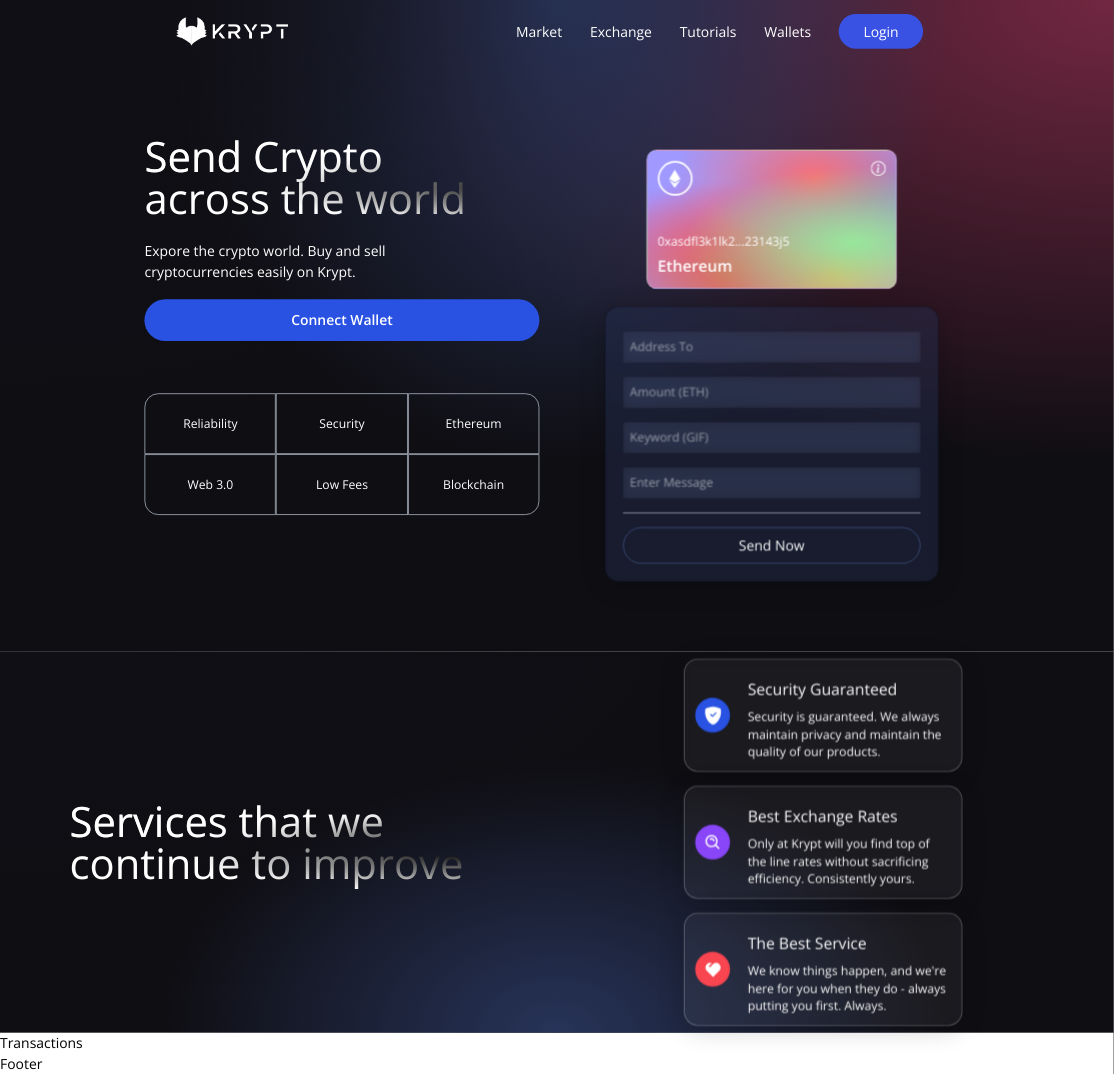
Repository: stephan-chiorean/krypt
Page: / (app in client/)
An editor plug-in stored every save of this project. The page is shown before and after the next save, followed by the edit.
The browser window is 1280 px wide. The pictures show the whole page, at 87% of full size.
The project was rebuilt for these pictures with package versions that can differ from the ones it lists, and the page was loaded fresh each time. Also part of the build but not shown: client/vite.config.js, client/src/components/Loader.jsx.

Above is the page before, as saved 2023-03-29 19:34:56.

### client/src/main.jsx
import React from 'react'
import ReactDOM from 'react-dom/client'
import App from './App'
import {TransactionProvider} from './context/TransactionContext';
import './index.css'

ReactDOM.createRoot(document.getElementById('root')).render(
  <TransactionProvider>
  <React.StrictMode>
    <App />
  </React.StrictMode>
  </TransactionProvider>,
)

### client/src/App.jsx
import {Navbar, Welcome, Footer, Services, Transactions} from './components';

const App = () => {

  return (
    <div className="min-h-screen">
      <div className="gradient-bg-welcome">
        <Navbar/>
        <Welcome/>
      </div>
      <Services/>
      <Transactions/>
      <Footer/>
    </div>
  )
}

export default App

### client/src/context/TransactionContext.jsx
import React, { useState, useEffect } from 'react';
import * as ethers from 'ethers';
import { contractABI, contractAddress } from '../utils/constants';

export const TransactionContext = React.createContext();

const { ethereum } = window;

const getEthereumContract = () => {
    console.log(ethers)
  const provider = new ethers.providers.Web3Provider(ethereum);
  const signer = provider.getSigner();
  const transactionContract = new ethers.Contract(
    contractAddress,
    contractABI,
    signer
  );

  return transactionContract;

//   console.log({
//     provider,
//     signer,
//     transactionContract,
//   });
};

export const TransactionProvider = ({ children }) => {
  const [connectedAccount, setConnectedAccount] = useState('');
  const [formData, setFormData] = useState({ addressTo: '', amount: 0, keyword: '', message: ''});
  const [isLoading, setIsLoading] = useState(false);
  const [transactionCount, setTransactionCount] = useState(localStorage.getItem('transactionCount'));

  const handleChange = (e, name) => {
    setFormData((prevState) => ({...prevState, [name]: e.target.value}));
  }

  const checkIfWalletIsConnected = async () => {
    try {
      if (!ethereum) return alert('Please install metamask');

      const accounts = await ethereum.request({ method: 'eth_accounts' });
      if (accounts.length) {
        setConnectedAccount(accounts[0]);
      } else {
        console.log('No accounts found');
      }
      console.log(accounts);
    } catch (err) {
      console.error(err);
      throw new Error('No ethereum object');
    }
  };

  const connectWallet = async () => {
    try {
      if (!ethereum) return alert('Please install metamask');

      const accounts = await ethereum.request({
        method: 'eth_requestAccounts',
      });

      setConnectedAccount(accounts[0]);
      console.log('CONNECTED', connectedAccount);
    } catch (err) {
      console.error(err);
      throw new Error('No ethereum object.');
    }
  };

  const sendTransaction = async() => {
    try {
        if(!ethereum) return alert("Please install metamask");
        const {addressTo, amount, keyword, message} = formData;
        const transactionContract = getEthereumContract();
        const parsedAmount = ethers.utils.parseEther(amount);

        await ethereum.request({
            method: 'eth_sendTransaction',
            params: [{
                from: connectedAccount,
                to: addressTo,
                gas: '0x5208', //21000 gwei
                value: parsedAmount._hex,
            }]
        })

        const transactionHash = await transactionContract.addToBlockchain(addressTo, parsedAmount, message, keyword);
        setIsLoading(true);
        console.log(`Loading - ${transactionHash.hash}`);
        await transactionHash.wait();
        setIsLoading(false);
        console.log(`Success - ${transactionHash.hash}`)

        const transactionCount = await transactionContract.getTransactionCount();
        setTransactionCount(transactionCount.toNumber())


    } catch(err) {
        console.error(err);
    }
  }

  useEffect(() => {
    checkIfWalletIsConnected();
  }, []);
  return (
    <TransactionContext.Provider value={{ connectWallet, connectedAccount, formData, setFormData, handleChange, sendTransaction }}>
      {children}
    </TransactionContext.Provider>
  );
};

### client/src/components/index.js
export {default as Loader} from './Loader';
export {default as Navbar} from './Navbar';
export {default as Footer} from './Footer';
export {default as Welcome} from './Welcome';
export {default as Transactions} from './Transactions';
export {default as Services} from './Services';

### client/src/utils/constants.js
import abi from './Transactions.json';

export const contractABI = abi.abi;
export const contractAddress = '0x48d319b761e733246BF575C86d399bB8EDdA6dEf';

### client/src/components/Navbar.jsx
import { HiMenuAlt4 } from 'react-icons/hi';
import { AiOutlineClose } from 'react-icons/ai';
import { useState } from 'react';

import logo from '../../images/logo.png';

const NavbarItem = ({ title, classProps }) => {
  return <li className={`mx-4 cursor-pointer ${classProps}`}>{title}</li>;
};
export default () => {
  const [toggleMenu, setToggleMenu] = useState(false);
  return (
    <nav className='w-full flex md:justify-center justify-between items-center p-4'>
      <div className='md:flex-[0.5] flex-initial justify-center items-center'>
        <img src={logo} alt='logo' className='w-32 cursor-pointer' />
      </div>
      <ul className='text-white md:flex hidden list-none flex-row justify-between items-center flex-initial'>
        {['Market', 'Exchange', 'Tutorials', 'Wallets'].map((item, index) => (
          <NavbarItem key={item + index} title={item} />
        ))}
        <li className='bg-[#3952e3] py-2 px-7 mx-4 rounded-full cursor-pointer hover:bg-[#2546bd]'>
          Login
        </li>
      </ul>
      <div className='flex relative'>
        {toggleMenu ? (
          <AiOutlineClose
            fontSize={28}
            className='text-white md:hidden cursor-pointer'
            onClick={() => setToggleMenu(false)}
          />
        ) : (
          <HiMenuAlt4
            fontSize={28}
            className='text-white md:hidden cursor-pointer'
            onClick={() => setToggleMenu(true)}
          />
        )}
        {toggleMenu && (
          <ul className="z-10 fixed top-0 -right-2 p-3 w-[70vw] h-screen shadow-2xl md:hidden list-none flex flex-col justify-start items-end rounded-md blue-glassmorphism text-white animate-slide-in">
            <li className='text-xl w-full my-2'>
              <AiOutlineClose onClick={() => setToggleMenu(false)} className="cursor-pointer"/>
            </li>
            {['Market', 'Exchange', 'Tutorials', 'Wallets'].map(
              (item, index) => (
                <NavbarItem key={item + index} title={item} classProps="my-2 text-lg"/>
              )
            )}
          </ul>
        )}
      </div>
    </nav>
  );
};

### client/src/components/Footer.jsx
import React from 'react'

export default() => {
  return (
    <div>Footer</div>
  )
}

### client/src/components/Welcome.jsx
import { AiFillPlayCircle } from 'react-icons/ai';
import { SiEthereum } from 'react-icons/si';
import { BsInfoCircle } from 'react-icons/bs';
import { TransactionContext } from '../context/TransactionContext';
import React, { useContext } from 'react';
import { Loader } from './';
const commonStyles =
  'min-h-[70px] sm:px-0 px-2 sm:min-w-[120px] flex justify-center items-center border-[0.5px] border-gray-400 text-sm font-light text-white';

const Input = ({ placeholder, name, type, value, handleChange }) => (
  <input
    placeholder={placeholder}
    type={type}
    step='0.0001'
    value={value}
    onChange={(e) => handleChange(e, name)}
    className='my-2 w-full rounded-sm p-2 outline-none text-white border-none text-sm white-glassmorphism'
  />
);
export default () => {
  const {
    connectWallet,
    connectedAccount,
    formData,
    sendTransaction,
    handleChange,
  } = useContext(TransactionContext);
  const handleSubmit = (e) => {
    const { addressTo, amount, keyword, message } = formData;
    e.preventDefault();

    if (!addressTo || !amount || !keyword || !message) return;
    sendTransaction();
  };
  return (
    <div className='flex w-full justify-center items-center'>
      <div className='flex md:flex-row flex-col itesm-start justify-between md:p-20 py-12 px-4'>
        <div className='flex flex-1 justify-start flex-col md:mr-10'>
          <h1 className='text-3xl sm:text-5xl text-white text-gradient py-1'>
            Send Crypto <br /> across the world
          </h1>
          <p className='text-left mt-5 text-white font-light md:w-9/12 w-11/12 text-base'>
            Expore the crypto world. Buy and sell cryptocurrencies easily on
            Krypt.
          </p>
          {!connectedAccount && (
            <button
              type='button'
              onClick={connectWallet}
              className='flex flex-row justify-center items-center my-5 bg-[#2952e3] p-3 rounded-full cursor-pointer hover:bg-[#2546bd]'
            >
              <p className='text-white text-base font-semibold'>
                Connect Wallet
              </p>
            </button>
          )}

          <div className='grid sm:grid-cols-3 grid-cols-2 w-full mt-10'>
            <div className={`rounded-tl-2xl ${commonStyles}`}>Reliability</div>
            <div className={commonStyles}>Security</div>
            <div className={`sm:rounded-tr-2xl ${commonStyles}`}>Ethereum</div>
            <div className={`sm:rounded-bl-2xl ${commonStyles}`}>Web 3.0</div>
            <div className={commonStyles}>Low Fees</div>
            <div className={`rounded-br-2xl ${commonStyles}`}>Blockchain</div>
          </div>
        </div>

        <div className='flex flex-col flex-1 items-center justify-start w-full md:mt-0 mt-10'>
          <div className='p-3 justify-end items-start flex-col rounded-xl h-40 sm:w-72 w-full my-5 eth-card white-glassmorphism'>
            <div className='flex justify-between flex-col w-full h-full'>
              <div className='flex justify-between items-start'>
                <div className='w-10 h-10 rounded-full border-2 border-white flex justify-center items-center'>
                  <SiEthereum fontSize={21} color='#fff' />
                </div>
                <BsInfoCircle fontSize={17} color='#fff' />
              </div>
              <div>
                <p className='text-white font-light text-sm'>
                  0xasdfl3k1lk2...23143j5
                </p>
                <p className='text-white font-semibold text-lg mt-1'>
                  Ethereum
                </p>
              </div>
            </div>
          </div>

          <div className='p-5 sm:w-96 w-full flex flex-col justify-start items-center blue-glassmorphism'>
            <Input
              placeholder='Address To'
              name='addressTo'
              type='text'
              handleChange={handleChange}
            />
            <Input
              placeholder='Amount (ETH)'
              name='amount'
              type='number'
              handleChange={handleChange}
            />
            <Input
              placeholder='Keyword (GIF)'
              name='keyword'
              type='text'
              handleChange={handleChange}
            />
            <Input
              placeholder='Enter Message'
              name='message'
              type='text'
              handleChange={handleChange}
            />
            <div className='h-[1px] w-full bg-gray-400 my-2' />
            {false ? (
              <Loader />
            ) : (
              <button
                type='submit'
                onClick={handleSubmit}
                className='text-white w-full mt-2 border-[1px] p-2 border-[#3d4f7c] rounded-full cursor-pointer'
              >
                Send Now
              </button>
            )}
          </div>
        </div>
      </div>
    </div>
  );
};

### client/src/components/Transactions.jsx
import React from 'react'

export default() => {
  return (
    <div>Transactions</div>
  )
}

### client/src/components/Services.jsx
import React from 'react';
import { BsShieldFillCheck } from 'react-icons/bs';
import { BiSearchAlt } from 'react-icons/bi';
import { RiHeart2Fill } from 'react-icons/ri';

const ServiceCard = ({color, title, icon, subtitle}) => (
  <div className='flex flex-row md:w-80 justify-start items-center white-glassmorphism p-3 m-2 cursor-pointer blue-glassmorphism'>
    <div className={`w-10 h-10 rounded-full flex justify-center items-center ${color}`}>
      {icon}
    </div>
    <div className="ml-5 flex flex-col flex-1">
      <h1 className="mt-2 text-white text-lg">{title}</h1>
      <p className="mt-2 text-white text-sm">{subtitle}</p>
    </div>
  </div>
);
export default () => {
  return (
    <div className='flex w-full justify-center items-center gradient-bg-services'>
      <div className='flex md:flex-row flex-col items-center justify-between md:p-20 py-12 px-4'>
        <div className='flex-1 flex flex-col justify-start items-start'>
          <h1 className='text-white text-3xl sm:text-5xl py-2 text-gradient'>
            Services that we
            <br />
            continue to improve
          </h1>
        </div>
      </div>
      <div className='flex-1 flex flex-col justify-start items-center'>
        <ServiceCard
          color='bg-[#2952e3]'
          title='Security Guaranteed'
          icon={<BsShieldFillCheck fontSize={21} className='text-white' />}
          subtitle="Security is guaranteed. We always maintain privacy and maintain the quality of our products."
        />
        <ServiceCard
          color='bg-[#8945f8]'
          title='Best Exchange Rates'
          icon={<BiSearchAlt fontSize={21} className='text-white' />}
          subtitle="Only at Krypt will you find top of the line rates without sacrificing efficiency. Consistently yours."
        />
        <ServiceCard
          color='bg-[#f84550]'
          title='The Best Service'
          icon={<RiHeart2Fill fontSize={21} className='text-white' />}
          subtitle="We know things happen, and we're here for you when they do - always putting you first. Always."
        />
      </div>
    </div>
  );
};

Loaded but not shown: client/index.html (common file); client/src/index.css (common file); client/tailwind.config.js (common file); client/src/utils/Transactions.json (140 lines, source omitted)

After the next save:
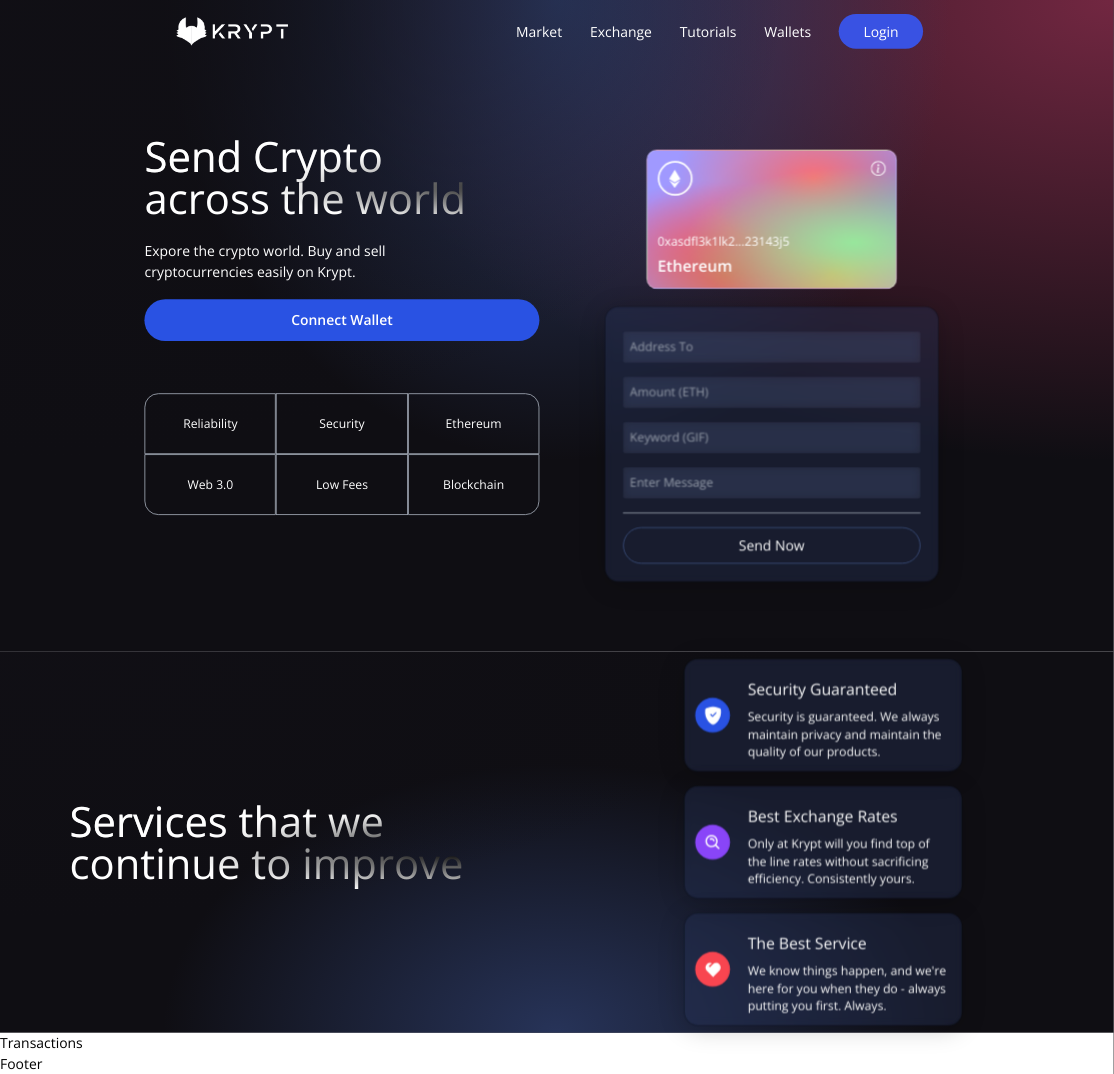
Saved 16 s later.
--- a/client/src/components/Services.jsx
+++ b/client/src/components/Services.jsx
@@ -4,7 +4,7 @@ import { BiSearchAlt } from 'react-icons/bi';
 import { RiHeart2Fill } from 'react-icons/ri';
 
 const ServiceCard = ({color, title, icon, subtitle}) => (
-  <div className='flex flex-row md:w-80 justify-start items-center white-glassmorphism p-3 m-2 cursor-pointer blue-glassmorphism'>
+  <div className='flex flex-row md:w-80 justify-start items-center p-3 m-2 cursor-pointer blue-glassmorphism'>
     <div className={`w-10 h-10 rounded-full flex justify-center items-center ${color}`}>
       {icon}
     </div>
